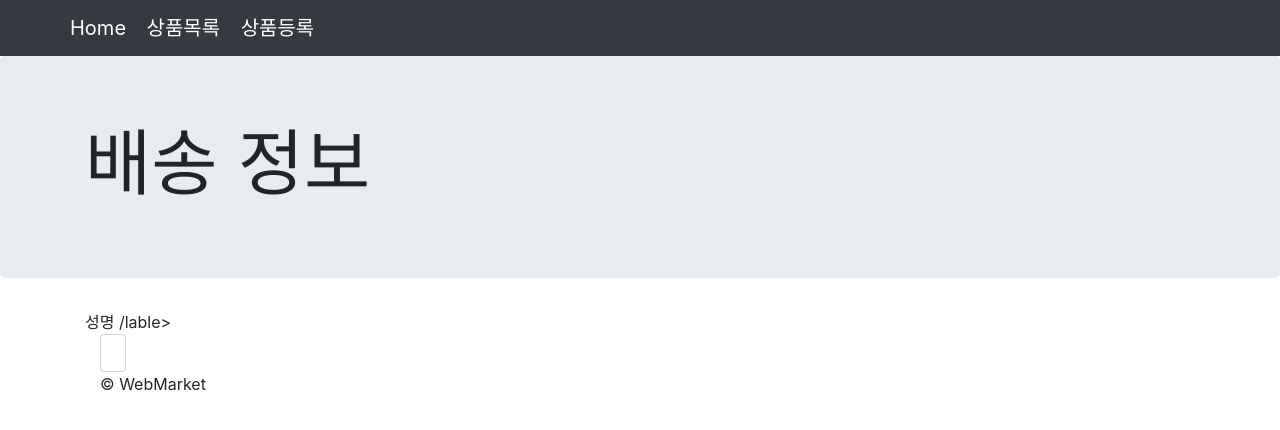
Repository: davisbyun/ai
Page: http://localhost/WebMarket/shippingInfo.jsp
An editor plug-in stored every save of this project. The page is shown before and after the next save, followed by the edit.
The browser window is 1280 px wide. The pictures show the whole page.
The page is served by Tomcat 9.

Above is the page before, as saved 2024-01-25 01:41:35.

After the next save:
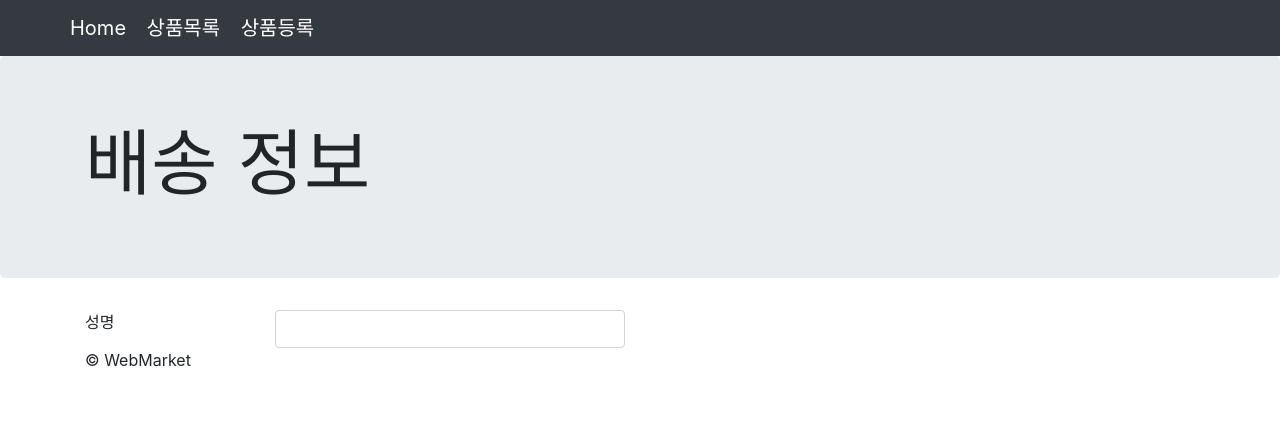
Saved 15 s later.
--- a/WebMarket/src/main/webapp/shippingInfo.jsp
+++ b/WebMarket/src/main/webapp/shippingInfo.jsp
@@ -18,7 +18,7 @@
   <form action=processShippingInfo.jsp" class="form-horizantal" method="post">
     <input type="hidden" name="cartId" value=<%= request.getParameter("cartId") %> />
     <div class="form-group row">
-      <label class="col-sm-2"> 성명 /lable>
+      <label class="col-sm-2"> 성명 </label>
       <div class="col-sm-4">
         <input type="text" name="name" class="form-control">
 
